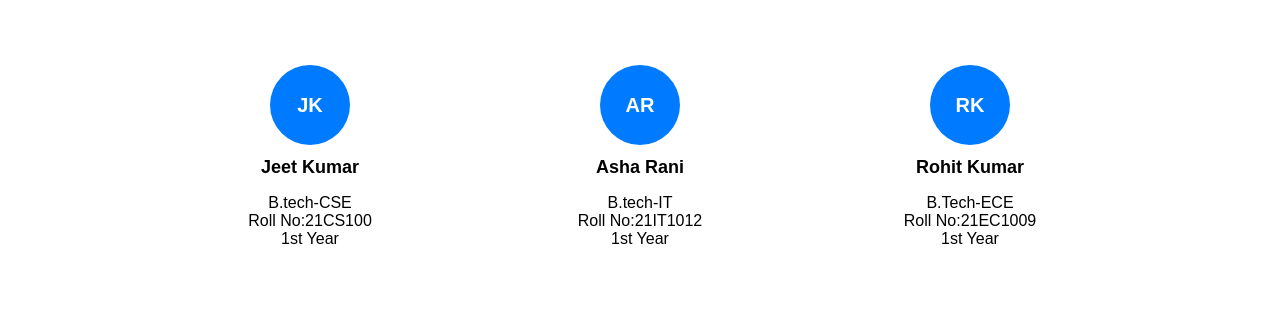
Repository: Glory998/ELCE1-32
Page: experiment8.html
An editor plug-in stored every save of this project. The page is shown before and after the next save, followed by the edit.
The browser window is 1280 px wide. The pictures show the whole page.

Above is the page before, as saved 2025-12-06 11:19:58.

### experiment8.html
<!DOCTYPE html>
<html>
    <head>
        <style>
            body{
                font-family:Arial,sans-serif;
                display:flex;
                justify-content:center;
                margin-top:40px;
            }
            .container{
                display:flex;
                justify-content:center;
                gap:30px;
                }
            .card{
                width:250px;
                padding:25px;
                text-align:center;
                background:#fff;
                border-radius:12px;
                box-shadow:0 4 10px #ccc;
                }
            .circle{
                width:80px;
                height:80px;
                border-radius:50%;
                background:#007bff;
                color:white;
                display:flex;
                justify-content:center;
                align-items:center;
                font-weight:bold;
                margin:auto;
                font-size:20px;

            }
            .name{
                margin-top:12px;
                font-size: 18px;
                font-weight: bold;
            }
            </style>
            </head>
            <body>
                <div class="container">
                <div class="card">
                    <div class="circle">JK</div>
                    <div class="name">Jeet Kumar</div>
                    <p>B.tech-CSE<br>Roll No:21CS100<br>1st Year</p>
                    </div>
                     <div class="card">
                    <div class="circle">AR</div>
                   <div class="name">Asha Rani</div>
                    <p>B.tech-IT<br>Roll No:21IT1012<br>1st Year</p>
                    </div>
                    <div class="card">
                        <div class="circle">RK</div>
                        <div class="name">Rohit Kumar</div>
                        <p>B.Tech-ECE<br>Roll No:21EC1009<br>1st Year</p>
                    </div>
                    </div>
                    </body>
                    </html>

After the next save:
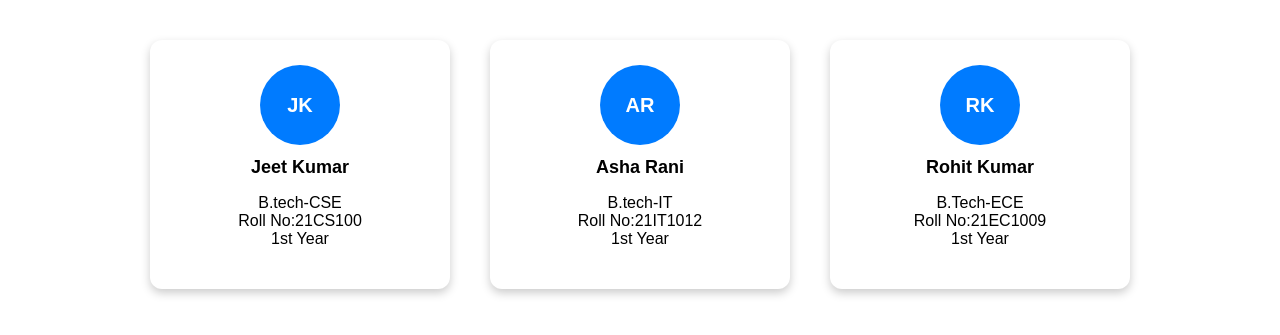
Saved 3 min 14 s later.
--- a/experiment8.html
+++ b/experiment8.html
@@ -11,7 +11,7 @@
             .container{
                 display:flex;
                 justify-content:center;
-                gap:30px;
+                gap:40px;
                 }
             .card{
                 width:250px;
@@ -19,7 +19,7 @@
                 text-align:center;
                 background:#fff;
                 border-radius:12px;
-                box-shadow:0 4 10px #ccc;
+                box-shadow:0 4px 10px #ccc;
                 }
             .circle{
                 width:80px;
